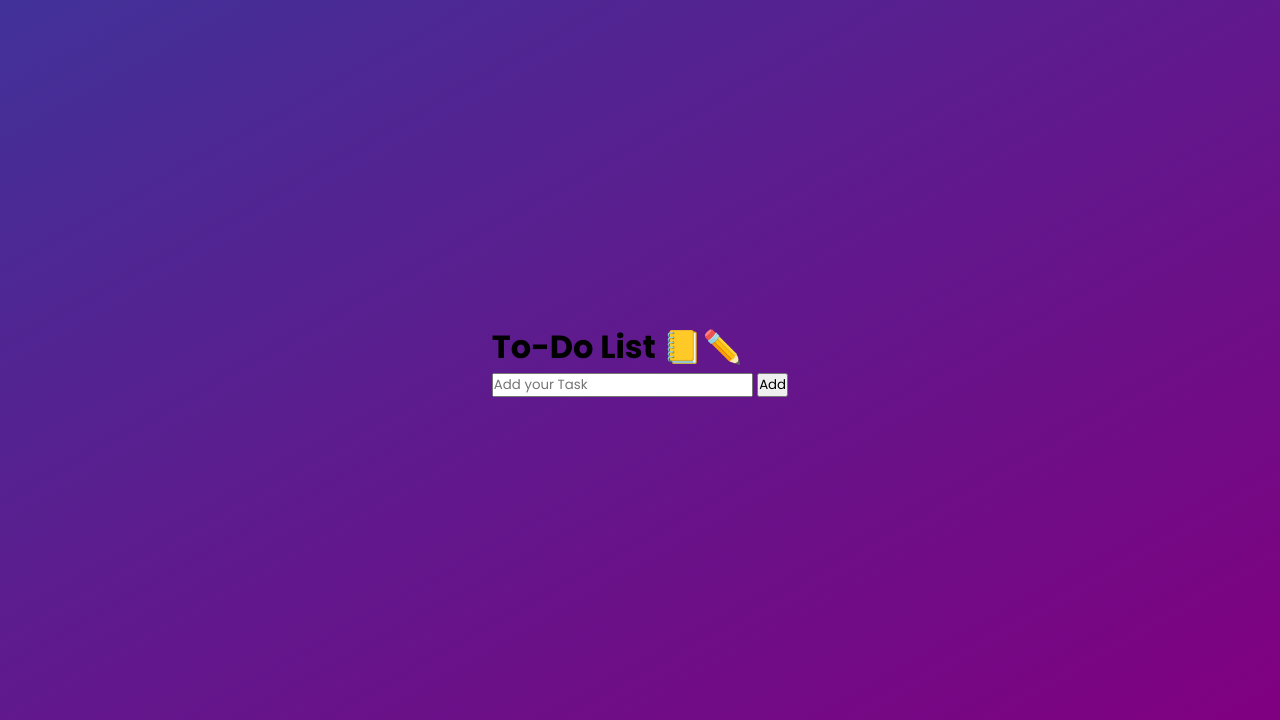
Repository: Ankitkr2021/To-Do-List
Page: index.html
These files come from the project's save history. The page is drawn as it stood at one moment and after the next save; the edit follows.
The browser window is 1280 px wide. The pictures show the whole page.

Above is the page before, as saved 2025-10-03 10:01:20.

### index.html
<!DOCTYPE html>
<html lang="en">
<head>
    <meta charset="UTF-8">
    <meta name="viewport" content="width=device-width, initial-scale=1.0">
    <title>To-Do-List</title>
    <link rel="stylesheet" href="./style.css">
</head>
<body>
    <div class="box">
        <h1>To-Do List 📒✏️</h1>
        <div class="task">
        <input id="add" type="text" placeholder="Add your Task">
        <button type="submit">Add</button>
        </div>
    </div>
</body>
</html>

### style.css
@import url("https://fonts.googleapis.com/css2?family=Poppins:wght@300;400;500;600;700&display=swap");

*{
    margin: 0;
    padding: 0;
    box-sizing: border-box;
    font-family: 'Poppins',sans-serif;
}

body{
    display: flex;
    justify-content: center;
    align-items: center;
    height: 100vh;
    background: linear-gradient(to bottom right, rgba(40, 22, 139, 0.884), purple);
}

After the next save:
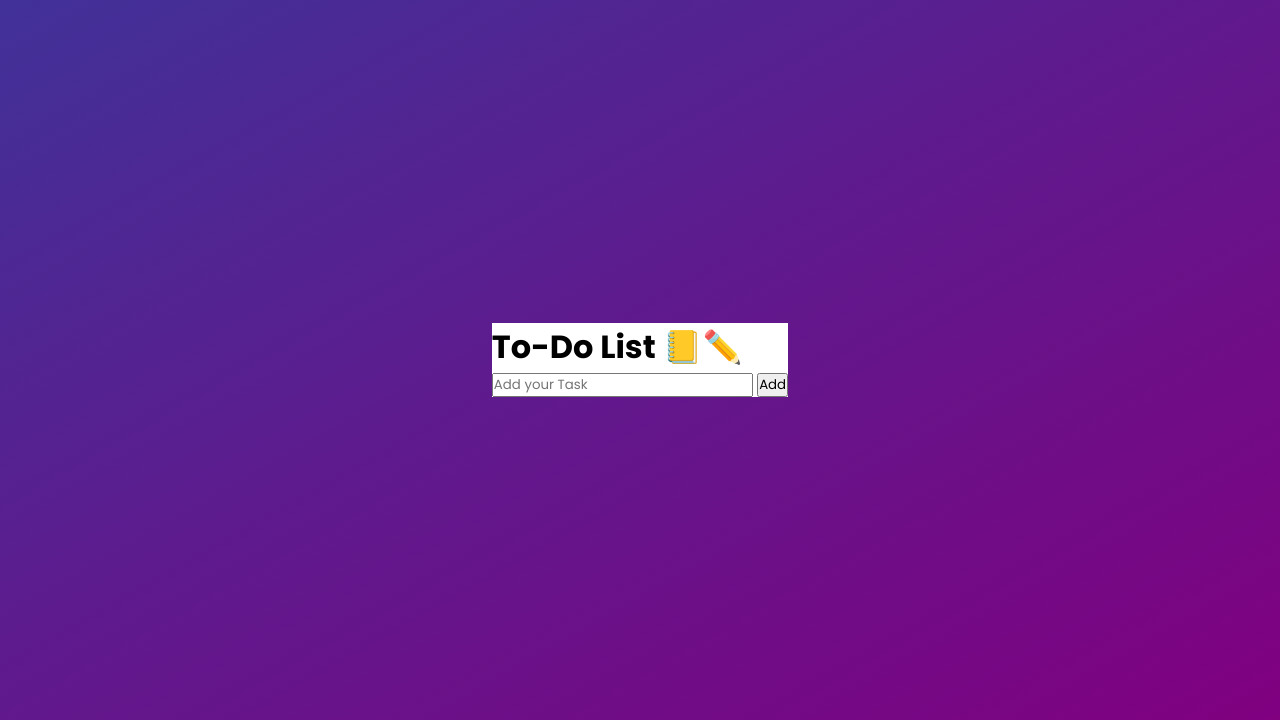
Saved 19 s later.
--- a/style.css
+++ b/style.css
@@ -14,3 +14,7 @@ body{
     height: 100vh;
     background: linear-gradient(to bottom right, rgba(40, 22, 139, 0.884), purple);
 }
+
+.box {
+    background: #fff;
+}
